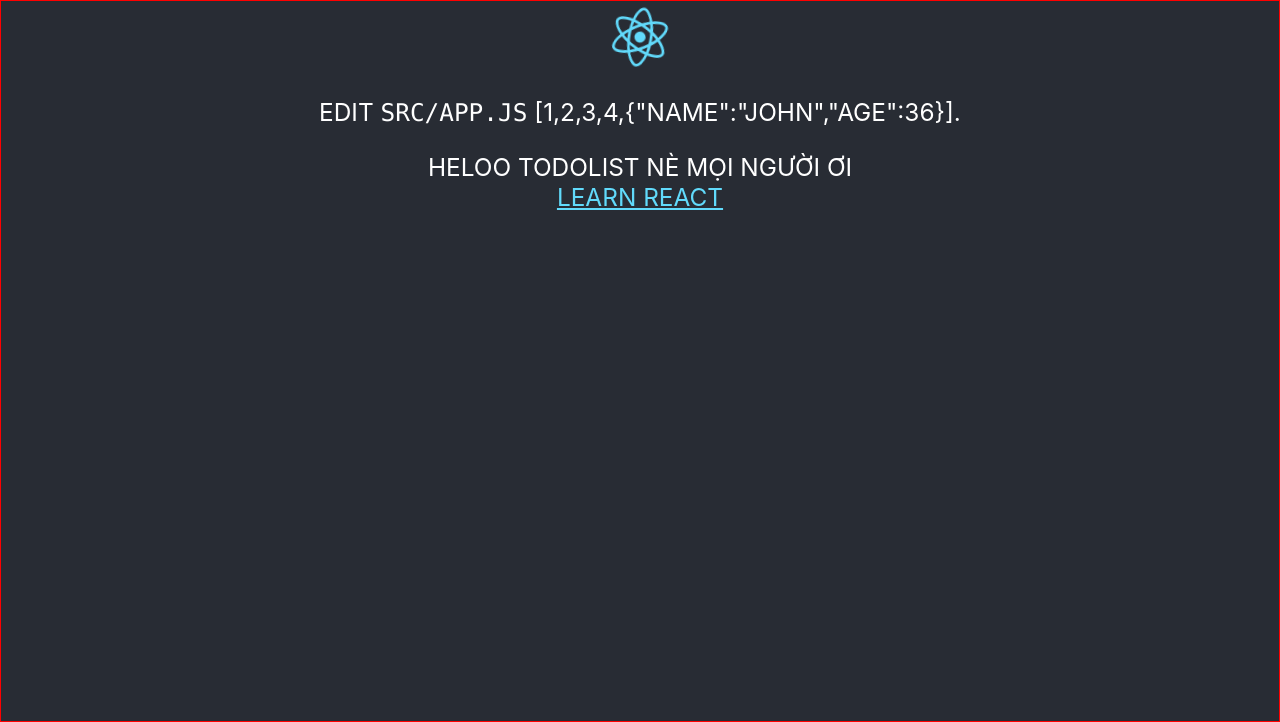
Repository: baothi/learn-reactjs
Page: /
The author's editor kept a copy of each file at every save. The page is drawn from the files as they stood at one save, then again after a run of saves.
The browser window is 1280 px wide. The pictures show the whole page.
The project was rebuilt for these pictures with package versions that can differ from the ones it lists, and the page was loaded fresh each time.

Above is the page before, as saved 2022-10-01 18:42:56.

### src/App.js
import logo from './logo.svg';
import './App.css';
import TodoList from './componets/TodoList';

// function App() {
const App = () => {
  const x = [1, 2, 3, 4, { name: 'John', age: 36 }]
  // const x = { name: 'John', age: 36 }
  return (
    <div className="App" style={{ border: '1px solid red', textTransform: 'uppercase' }}>
      <header className="App-header">
        <img src={logo} className="App-logo" alt="logo" />
        <p>
          Edit <code>src/App.js</code> {JSON.stringify(x)}.
          {console.log(x)}
        </p>
        <TodoList />
        <a
          className="App-link"
          href="https://reactjs.org"
          target="_blank"
          rel="noopener noreferrer"
        >
          Learn React
        </a>
      </header>
    </div>
  );
}

export default App;

### src/App.css
.App {
  text-align: center;
}

.App-logo {
  height: 10vmin;
  pointer-events: none;
}

@media (prefers-reduced-motion: no-preference) {
  .App-logo {
    animation: App-logo-spin infinite 20s linear;
  }
}

.App-header {
  background-color: #282c34;
  min-height: 100vh;
  display: flex;
  flex-direction: column;
  align-items: center;
  /* justify-content: center; */
  font-size: calc(10px + 2vmin);
  color: white;
}

.App-link {
  color: #61dafb;
}

@keyframes App-logo-spin {
  from {
    transform: rotate(0deg);
  }

  to {
    transform: rotate(360deg);
  }
}

### src/componets/TodoList.js
import React, { useState } from 'react';

const TodoList = () => {
    return (
        <div className="container">
            <div className="row">heloo TodoList nè mọi người ơi </div>
        </div>
    )
}

// class TodoList extends React.Component {

//     // khai báo state
//     state = {
//         name: 'todoList'
//     }
//     render() {
//         return (
//             <div className="container">
//                 <div className="row">

//                     <label>Your Name   </label>
//                     <input type="text" onChange={(event) => this.setState({ name: event.target.value })} />
//                     <br /><br />
//                     helo Todo list with name = {this.state.name}
//                 </div>
//             </div>
//         )
//     }
// }

export default TodoList;

Loaded but not shown: public/index.html (common file); src/index.js (common file); src/index.css (common file); src/reportWebVitals.js (common file)

After the next 2 saves:
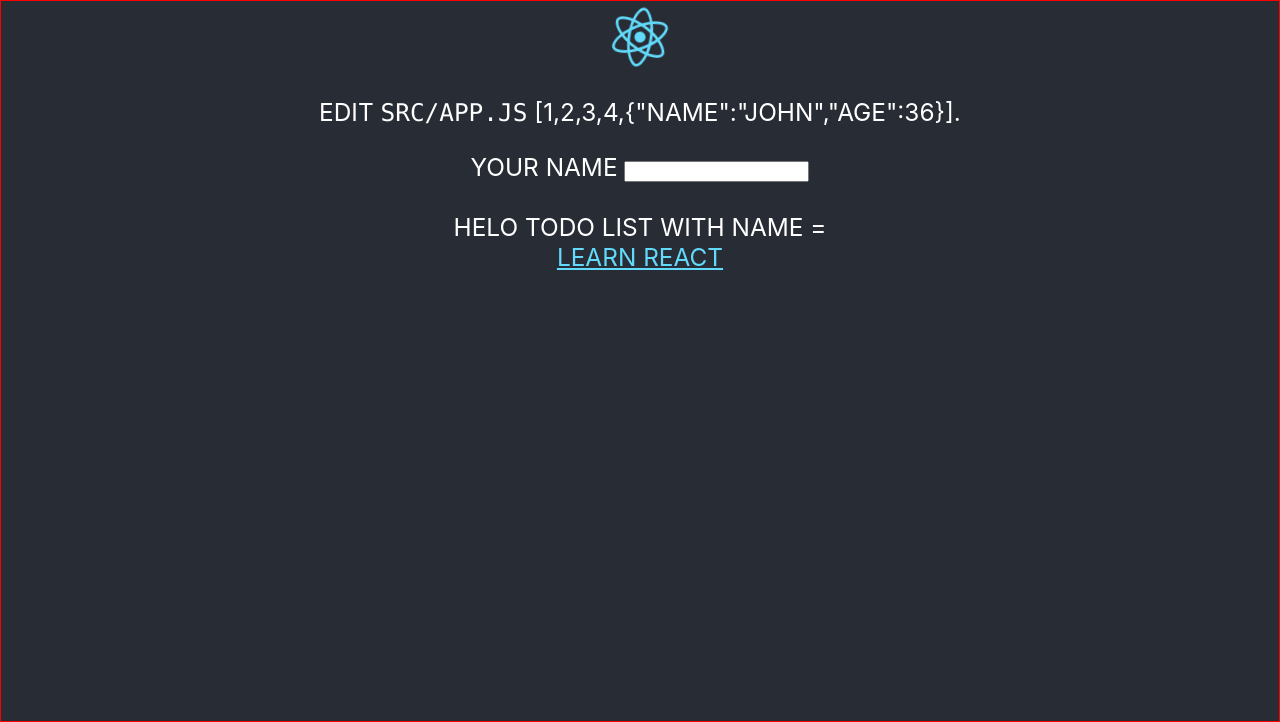
The 2 saves are shown as one change because 1 did not build or start.
The last was saved 102 s later.
--- a/src/componets/TodoList.js
+++ b/src/componets/TodoList.js
@@ -3,7 +3,13 @@
 const TodoList = () => {
     return (
         <div className="container">
-            <div className="row">heloo TodoList nè mọi người ơi </div>
+            <div className="row">
+
+                <label>Your Name   </label>
+                <input type="text" />
+                <br /><br />
+                helo Todo list with name =
+            </div>
         </div>
     )
 }
